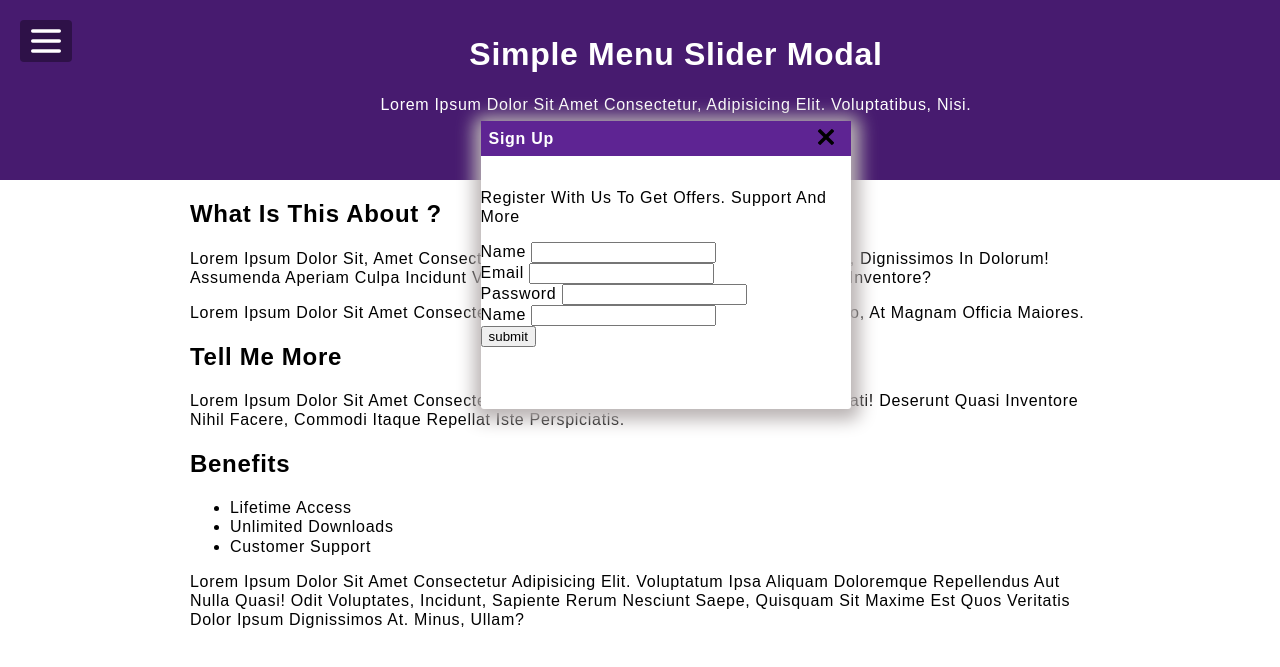
Repository: lilo750/Menu-Slider-modal
Page: index.html
The author's editor kept a copy of each file at every save. The page is drawn from the files as they stood at one save, then again after the next save.
The browser window is 1280 px wide. The pictures show the whole page.

Above is the page before, as saved 2024-01-15 07:39:38.

### index.html
<!DOCTYPE html>
<html lang="en">
    <head>
        <meta charset="UTF-8" />
        <meta name="viewport" content="width=device-width, initial-scale=1.0" />
        <title>menu-slider-modal</title>
        <script defer src="assets/logic.js"></script>
        <link rel="stylesheet" href="assets/style.css" />
    </head>
    <body>
        <div class="left-menu">
            <!-- <aside>
                <div id="profile-img">
                    <img
                        src="assets/visuals/profile-img.jpg"
                        alt="profile image"
                    />
                </div>
                <ul>
                    <li>home</li>
                    <li>portfolio</li>
                    <li>blog</li>
                    <li>contact me</li>
                </ul>
            </aside> -->

            <button id="burger-btn">
                <img
                    src="assets/visuals/burger-menu-svgrepo-com.svg"
                    alt="burger icon"
                />
            </button>
        </div>
        <div class="container">
            <header>
                <div class="heading">
                    <h1>Simple Menu slider Modal</h1>
                    <p>
                        Lorem ipsum dolor sit amet consectetur, adipisicing
                        elit. Voluptatibus, nisi.
                    </p>
                    <button id="signUp-btn">Sign Up</button>
                </div>
            </header>

            <main>
                <h2>what is this about ?</h2>
                <p>
                    Lorem ipsum dolor sit, amet consectetur adipisicing elit.
                    Sunt officiis minus veniam, dignissimos in dolorum!
                    Assumenda aperiam culpa incidunt vel doloremque maxime
                    inventore. Temporibus, inventore?
                </p>
                <p>
                    Lorem ipsum dolor sit amet consectetur adipisicing elit.
                    Sunt debitis excepturi nemo, at magnam officia maiores.
                </p>
                <h2>tell me more</h2>
                <p>
                    Lorem ipsum dolor sit amet consectetur adipisicing elit.
                    Quae, recusandae obcaecati! Deserunt quasi inventore nihil
                    facere, commodi itaque repellat iste perspiciatis.
                </p>
                <h2>benefits</h2>
                <ul>
                    <li>lifetime access</li>
                    <li>unlimited downloads</li>
                    <li>customer support</li>
                </ul>
                <p>
                    Lorem ipsum dolor sit amet consectetur adipisicing elit.
                    Voluptatum ipsa aliquam doloremque repellendus aut nulla
                    quasi! Odit voluptates, incidunt, sapiente rerum nesciunt
                    saepe, quisquam sit maxime est quos veritatis dolor ipsum
                    dignissimos at. Minus, ullam?
                </p>
            </main>
        </div>
        <!-- ./container -->

        <div class="modal">
            <header>
                <span>Sign Up</span>
                <button id="close-btn">
                    <img
                        src="assets/visuals/close-icon.svg"
                        alt="burger icon"
                    />
                </button>
            </header>
            <p>Register with us to get offers. support and more</p>
            <form>
                <div class="form-control">
                    <label for="name">Name</label>
                    <input id="name" type="text" />
                </div>
                <div class="form-control">
                    <label for="mail">Email</label>
                    <input id="mail" type="email" />
                </div>
                <div class="form-control">
                    <label for="pass">Password</label>
                    <input id="pass" type="password" />
                </div>
                <div class="form-control">
                    <label for="cpass">Name</label>
                    <input id="cpass" type="password" />
                    <span class="warning"></span>
                </div>

                <button id="submit" type="submit">submit</button>
            </form>
        </div>
    </body>
</html>

### assets/logic.js
const signUpBtn = document.getElementById('signUp-btn');

/*
when the user click on the signup btn a modal will show by switching from hidden to visiblity visible
something i should consider before writing the code which is handle the close btn and submit btn and writing the html and css for the code

*/

const modalHandler = () => {};

signUpBtn.addEventListener('click', modalHandler);

### assets/style.css
html {
    font-family: sans-serif;
    letter-spacing: 0.7px;
}

body {
    height: 100vh;
    margin: 0;
    padding: 0;
    text-transform: capitalize;
    line-height: 1.2;
}

.left-menu {
    position: absolute;

    #burger-btn {
        display: flex;
        align-items: center;
        justify-content: center;
        background-color: rgb(46, 17, 72);
        border: none;
        cursor: pointer;
        position: relative;
        left: 20px;
        top: 20px;
        border-radius: 4px;
    }
}

.container {
    display: flex;
    flex-direction: column;

    & header {
        background-color: rgb(71, 27, 111);
        color: #fff;
        text-align: center;
        padding: 14px 8px;
        padding-left: 80px;

        #signUp-btn {
            background-color: rgb(140, 70, 206);
            color: inherit;
            border: 0;
            outline: 2px;
            padding: 7px 16px;
            border-radius: 3px;
            cursor: pointer;
            font-size: 16px;
        }

        & p {
            margin-bottom: 20px;
        }
    }

    & main {
        max-width: 900px;
        align-self: center;
        padding-inline: 20px;
    }
}

.modal {
    width: 370px;
    height: 40vh; /*will be commented*/
    background-color: #fff;
    border-radius: 3px;
    box-shadow: 1px 3px 17px 8px #bab4b4;
    position: absolute;
    left: 52%;
    top: 36.8%;
    transform: translate(-50%, -50%);

    & header {
        background-color: rgb(94, 36, 147);
        display: flex;
        justify-content: space-between;
        align-items: center;
        padding: 4px 8px;
        margin-bottom: 32px;

        & span {
            color: #fff;
            font-weight: 600;
            font-size: 16px;
        }

        #close-btn {
            background-color: transparent;
            border: none;
            cursor: pointer;
            color: #fff;
        }
    }

    & p {
        /* font-weight: 600; */
    }
}

### assets/visuals/burger-menu-svgrepo-com.svg
<?xml version="1.0" encoding="utf-8"?><!-- Uploaded to: SVG Repo, www.svgrepo.com, Generator: SVG Repo Mixer Tools -->
<svg width="40px" height="40px" viewBox="0 0 24 24" fill="none" xmlns="http://www.w3.org/2000/svg">
<path d="M4 18L20 18" stroke="#ffff" stroke-width="2" stroke-linecap="round"/>
<path d="M4 12L20 12" stroke="#ffff" stroke-width="2" stroke-linecap="round"/>
<path d="M4 6L20 6" stroke="#ffff" stroke-width="2" stroke-linecap="round"/>
</svg>

### assets/visuals/close-icon.svg
<?xml version="1.0"?><svg xmlns="http://www.w3.org/2000/svg" viewBox="0 0 30 30" width="22px" height="22px">    <path d="M 7 4 C 6.744125 4 6.4879687 4.0974687 6.2929688 4.2929688 L 4.2929688 6.2929688 C 3.9019687 6.6839688 3.9019687 7.3170313 4.2929688 7.7070312 L 11.585938 15 L 4.2929688 22.292969 C 3.9019687 22.683969 3.9019687 23.317031 4.2929688 23.707031 L 6.2929688 25.707031 C 6.6839688 26.098031 7.3170313 26.098031 7.7070312 25.707031 L 15 18.414062 L 22.292969 25.707031 C 22.682969 26.098031 23.317031 26.098031 23.707031 25.707031 L 25.707031 23.707031 C 26.098031 23.316031 26.098031 22.682969 25.707031 22.292969 L 18.414062 15 L 25.707031 7.7070312 C 26.098031 7.3170312 26.098031 6.6829688 25.707031 6.2929688 L 23.707031 4.2929688 C 23.316031 3.9019687 22.682969 3.9019687 22.292969 4.2929688 L 15 11.585938 L 7.7070312 4.2929688 C 7.5115312 4.0974687 7.255875 4 7 4 z"/></svg>

After the next save:
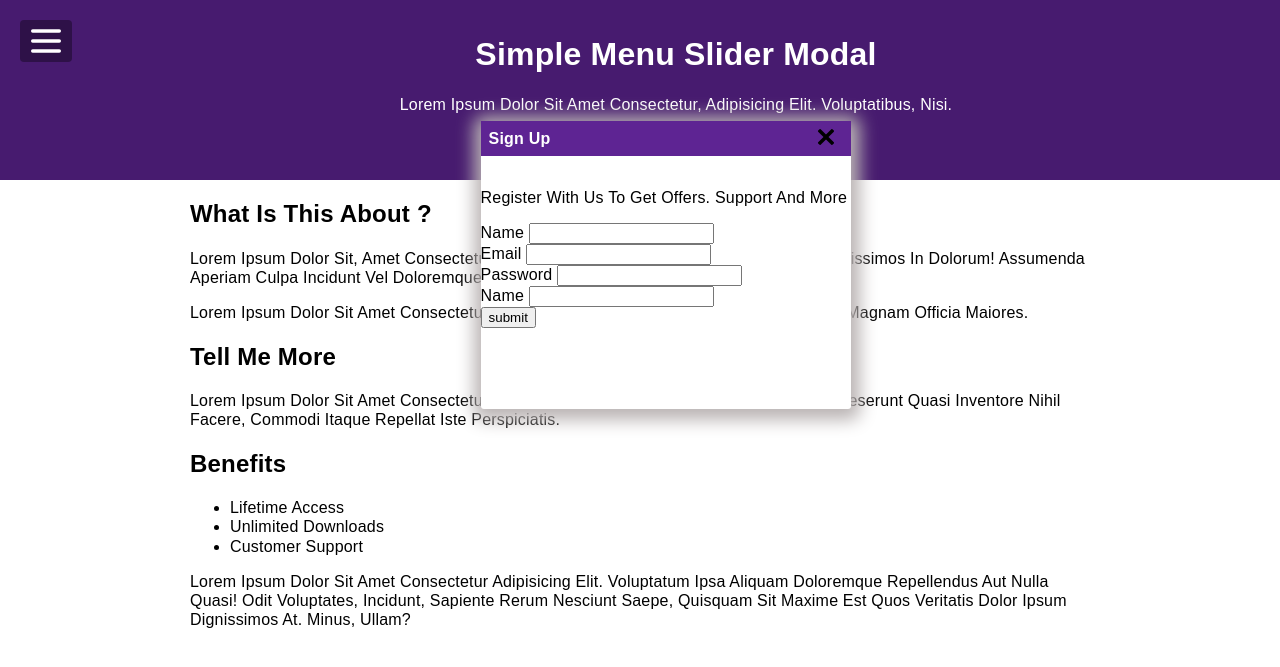
Saved 7 s later.
--- a/assets/style.css
+++ b/assets/style.css
@@ -1,6 +1,6 @@
 html {
     font-family: sans-serif;
-    letter-spacing: 0.7px;
+    letter-spacing: 0.2px;
 }
 
 body {
